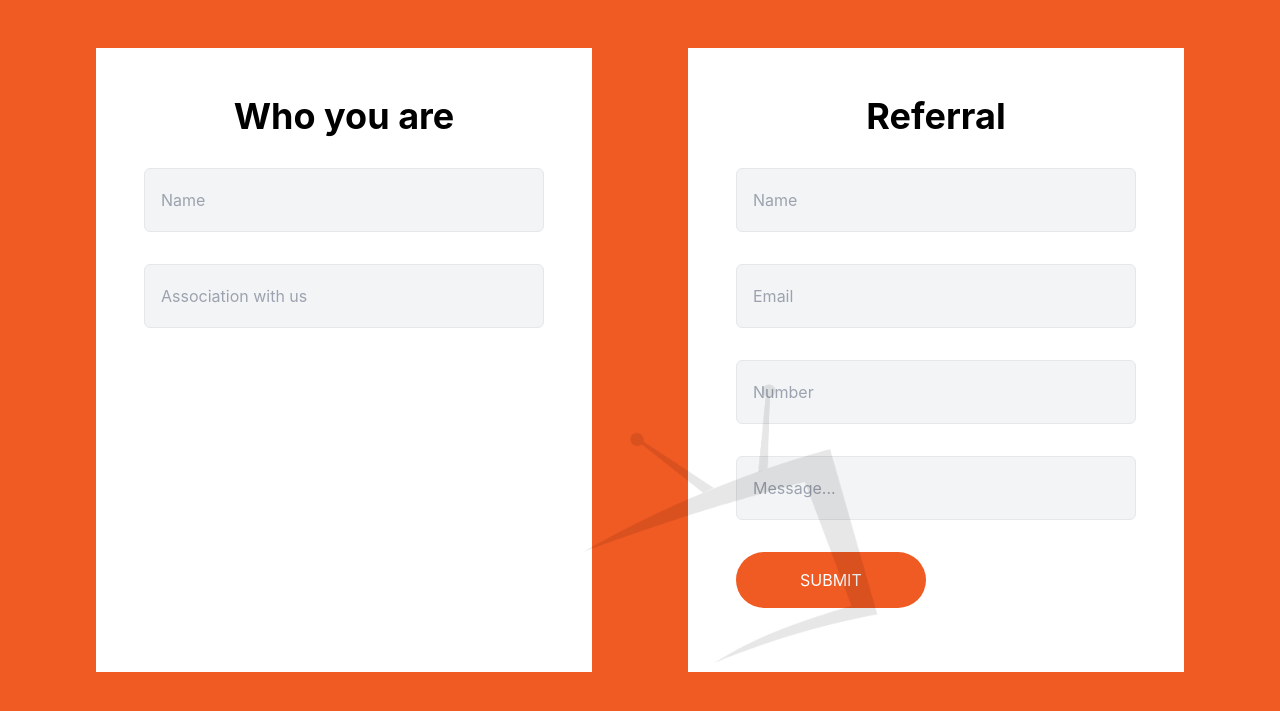
Repository: legenddev1202/whyclicktv
Page: /referrel
An editor plug-in stored every save of this project. The page is shown before and after the next save, followed by the edit.
The browser window is 1280 px wide. The pictures show the whole page.
The project was rebuilt for these pictures with package versions that can differ from the ones it lists, and the page was loaded fresh each time. Also part of the build but not shown: src/App.css, src/pages/home.js, src/pages/about.js, src/pages/contact.js, src/pages/partners.js.

Above is the page before, as saved 2022-03-31 10:41:51.

After the next save:
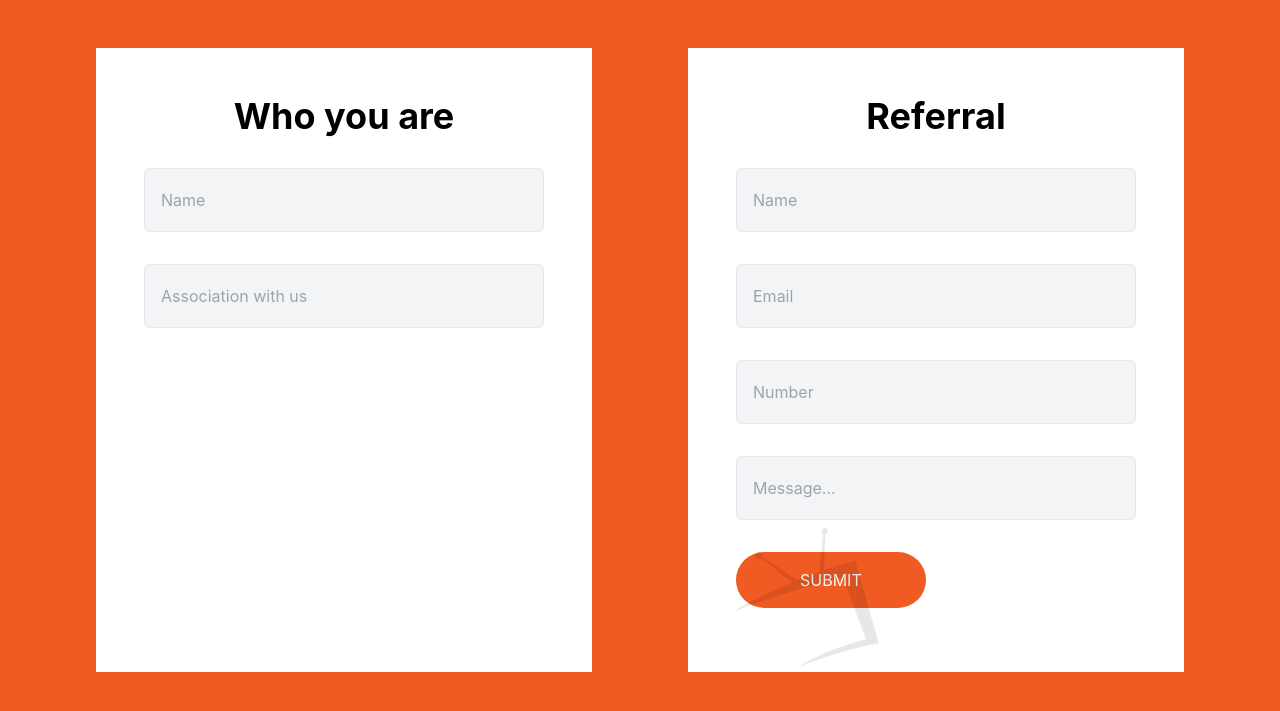
Saved 12 s later.
--- a/src/pages/referral.js
+++ b/src/pages/referral.js
@@ -24,7 +24,7 @@
           </div>
           <div className="abolute ">
             <img
-              className="logo-icon h-72 absolute bottom-0 -right-72"
+              className="logo-icon h-36 absolute bottom-0 -right-72"
               src="assets/images/logos/tv-logo.png"
               alt="logo"
             />
